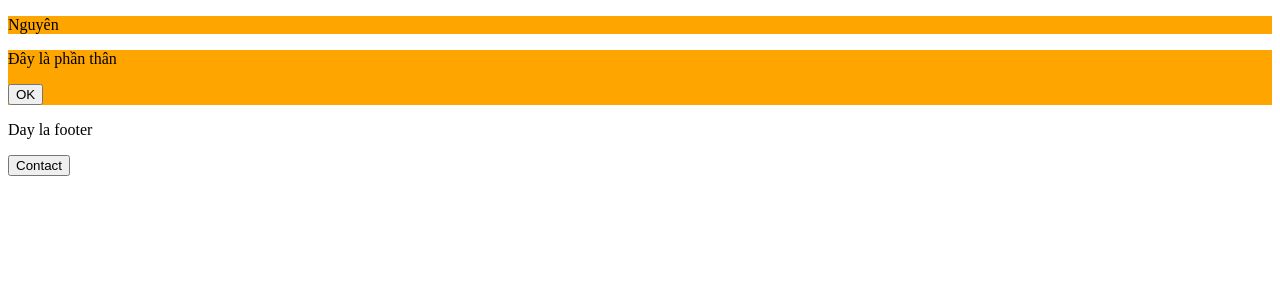
Repository: nguyenary/LeanSASS
Page: index.html
The author's editor kept a copy of each file at every save. The page is drawn from the files as they stood at one save, then again after the next save.
The browser window is 1280 px wide. The pictures show the whole page.
The style sheet was rebuilt from its Sass, Less or Tailwind sources for each picture, by a compiler version that may differ from the author's.

Above is the page before, as saved 2021-09-04 22:44:19.

### index.html
<!DOCTYPE html>
<html lang="en">
<head>
    <meta charset="UTF-8">
    <meta http-equiv="X-UA-Compatible" content="IE=edge">
    <meta name="viewport" content="width=device-width, initial-scale=1.0">
    <link rel="stylesheet" href="style/index.css">
    <title>Document</title>
</head>
<body>
    <header>
        <p>Nguyên</p>
    </header>
    <section>
        <p>Đây là phần thân</p>
        <button class="btn">OK</button>
    </section>
    <footer>
        <p>Day la footer</p>
        <button>Contact</button>
    </footer>
</body>
</html>

### style/index.scss
$main-color: orange;

header {
    background-color: $main-color;
}

section {
    background-color: $main-color;
}

After the next save:
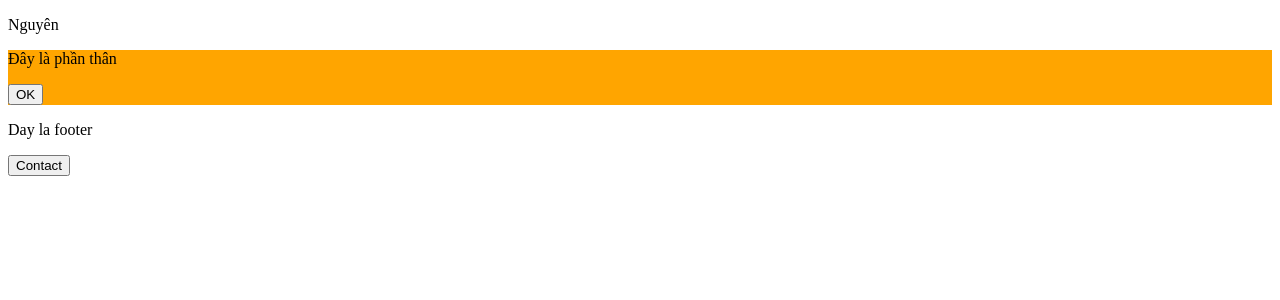
Saved 46 s later.
--- a/style/index.scss
+++ b/style/index.scss
@@ -1,8 +1,4 @@
 $main-color: orange;
-
-header {
-    background-color: $main-color;
-}
 
 section {
     background-color: $main-color;

After the 3 saves that followed:
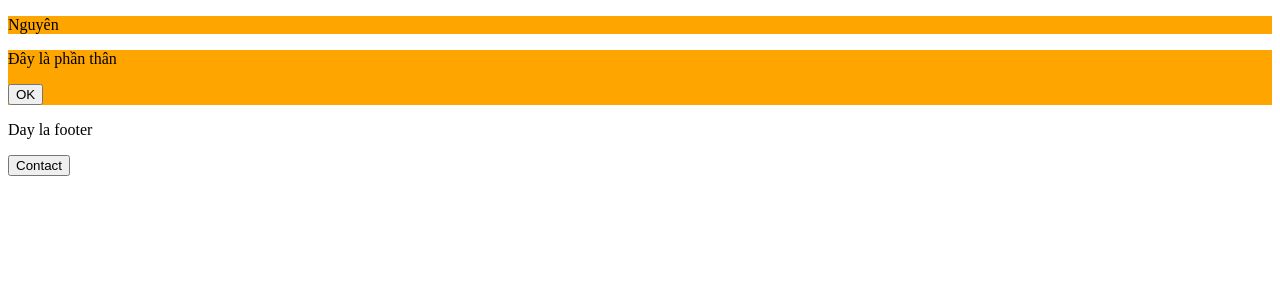
The 3 saves are shown as one change because 2 left the picture as it was.
The last was saved 48 s later.
--- a/style/index.scss
+++ b/style/index.scss
@@ -1,4 +1,5 @@
 $main-color: orange;
+@import 'header';
 
 section {
     background-color: $main-color;
--- /dev/null
+++ b/style/header.scss
@@ -0,0 +1,3 @@
+header {
+    background-color: $main-color;
+}
